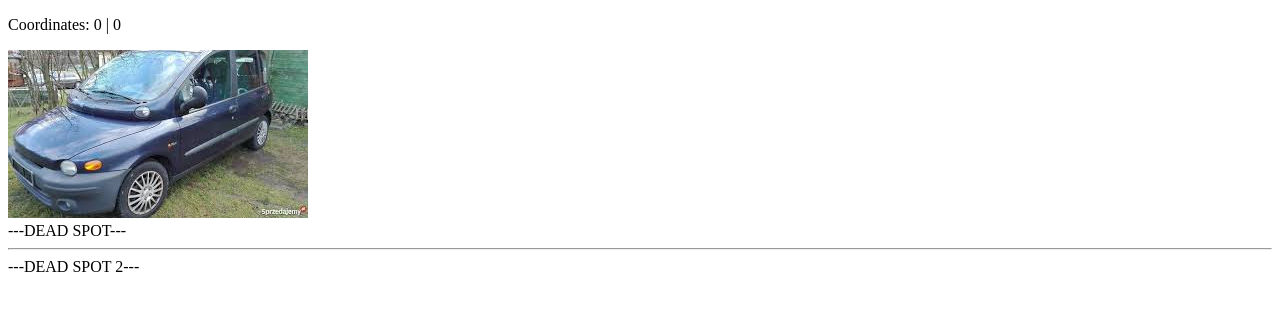
Repository: wojkos/Learn
Page: Vue/selectimage/index.html
The author's editor kept a copy of each file at every save. The page is drawn from the files as they stood at one save, then again after the next save.
The browser window is 1280 px wide. The pictures show the whole page.

Above is the page before, as saved 2018-05-03 21:18:23.

### Vue/selectimage/index.html
<!DOCTYPE html>
<html lang="en">

<head>
    <meta charset="UTF-8">
    <title>Document</title>
    <script src="../vue/vue.js">
    </script>
</head>

<body>
    <div id="app">
        <p>Coordinates: {{ x }} | {{ y }}</p>


        <div class="row">
            <div class="col-xs-12">
                <img src="download.jpeg" alt="" v-on:mousemove="updateCoordinates">
            </div>
        </div>
        <span v-on:mousemove=" dummy ">---DEAD SPOT---</span>
        <hr>
        <span v-on:mousemove.stop=" ">---DEAD SPOT 2---</span>
    </div>


    <script>
        new Vue({
            el: '#app',
            data: {
                counter: 0,
                x: 0,
                y: 0
            },
            methods: {
                updateCoordinates: function() {
                    this.x = event.clientX;
                    this.y = event.clientY;
                },
                dummy: function() {
                    event.stopPropagation();
                },
                alertMe: function() {
                    alert('Alert!');
                }
            }
        });
    </script>
</body>

</html>

Loaded but not shown: Vue/vue/vue.js (library)

After the next save:
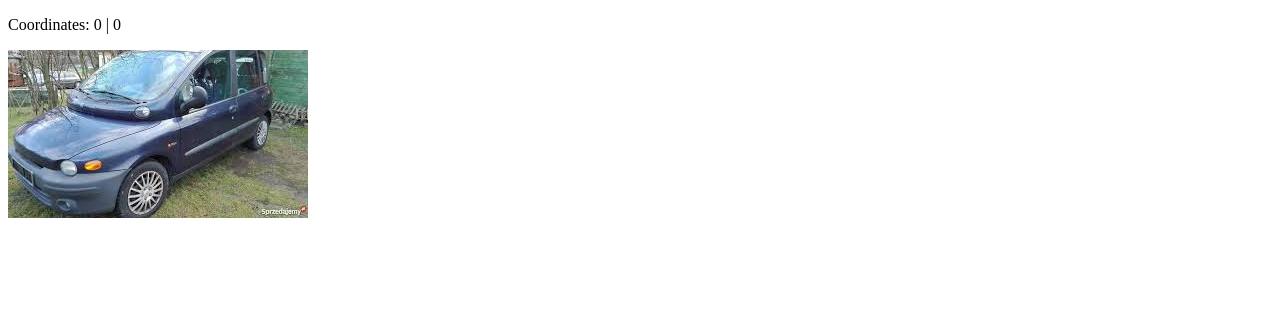
Saved 39 s later.
--- a/Vue/selectimage/index.html
+++ b/Vue/selectimage/index.html
@@ -18,9 +18,7 @@
                 <img src="download.jpeg" alt="" v-on:mousemove="updateCoordinates">
             </div>
         </div>
-        <span v-on:mousemove=" dummy ">---DEAD SPOT---</span>
-        <hr>
-        <span v-on:mousemove.stop=" ">---DEAD SPOT 2---</span>
+
     </div>
 
 
